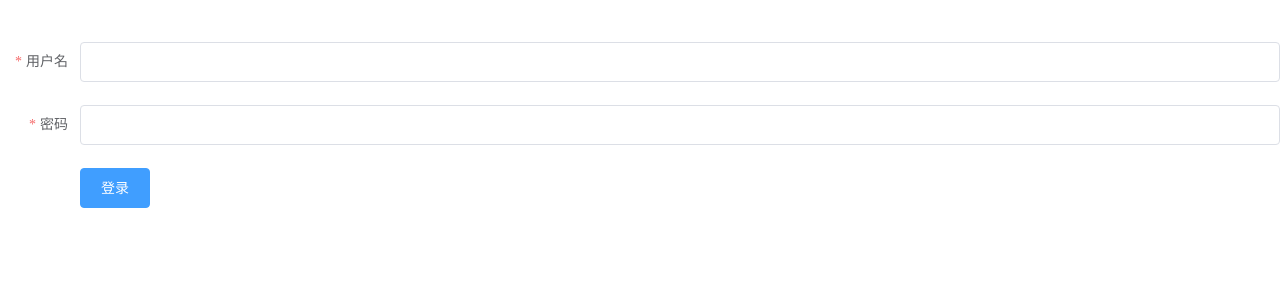
Repository: qianxuebing/admin
Page: /
These files come from the project's save history. The page is drawn as it stood at one moment and after the next save; the edit follows.
The browser window is 1280 px wide. The pictures show the whole page.
The project was rebuilt for these pictures with package versions that can differ from the ones it lists, and the page was loaded fresh each time. Also part of the build but not shown: src/components/HelloWorld.vue, src/components/NavBar.vue, src/views/layout/Layout.vue. Imported but missing from the stored project, and not drawn on this page: src/views/home/Home.

Above is the page before, as saved 2019-12-10 11:04:37.

After the next save:
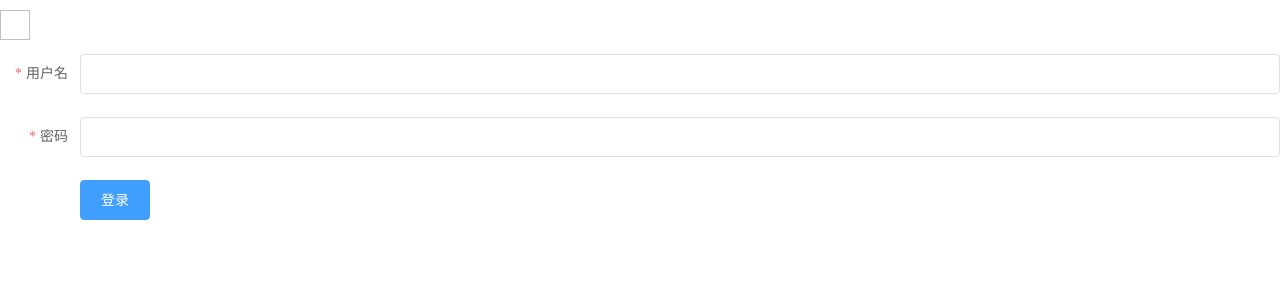
Saved 47 s later.
--- a/src/views/login/Login.vue
+++ b/src/views/login/Login.vue
@@ -1,7 +1,11 @@
 <template>
   <div>
     <div>
-      <el-image :src="logo"></el-image>
+      <el-image
+        style="width: 30px; height: 30px"
+        :src="logo"
+        fit>
+      </el-image>
       <el-form :model="loginForm" ref="loginForm" :rules="rules" label-width="80px">
         <el-form-item label="用户名" prop="name">
           <el-input v-model="loginForm.name"></el-input>
